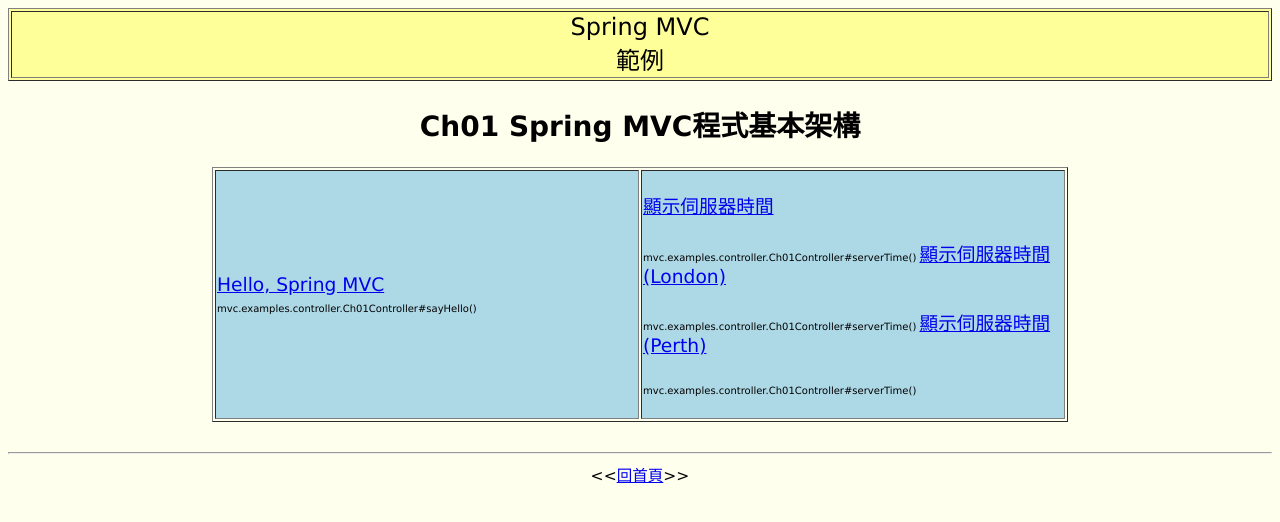
Repository: z1997828/Hibernata-SpringLearning
Page: http://localhost/SpringMvcExample22/WEB-INF/views/ch01/index.jsp
An editor plug-in stored every save of this project. The page is shown before and after the next save, followed by the edit.
The browser window is 1280 px wide. The pictures show the whole page.
The page is served by Tomcat 9. Nobody is signed in. The template is opened directly, without the code that normally fills it, so the values that code supplies are empty.

Above is the page before, as saved 2023-12-29 07:13:18.

After the next save:
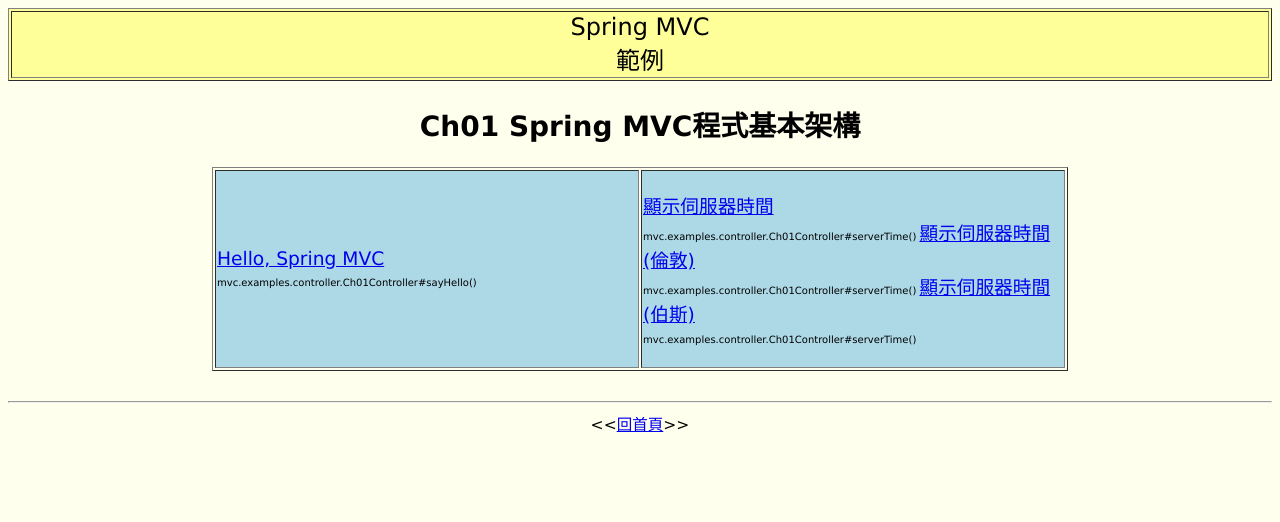
Saved 3 min 11 s later.
--- a/SpringMvcExample22/src/main/webapp/WEB-INF/views/ch01/index.jsp
+++ b/SpringMvcExample22/src/main/webapp/WEB-INF/views/ch01/index.jsp
@@ -18,13 +18,13 @@
 						Spring MVC</a><BR> <font face="verdana" size="-2">
 						mvc.examples.controller.Ch01Controller#sayHello() </font></td>
 				<td width="420"><p align="left" /> <a href="serverTime">顯示伺服器時間</a><br>
-					<br> <font face="verdana" size="-2">
+					 <font face="verdana" size="-2">
 						mvc.examples.controller.Ch01Controller#serverTime() </font> <a
-					href="serverTime?timeZone=Europe/London">顯示伺服器時間(London)</a><BR>
-					<br> <font face="verdana" size="-2">
+					href="serverTime?timeZone=Europe/London">顯示伺服器時間(倫敦)</a><BR>
+					 <font face="verdana" size="-2">
 						mvc.examples.controller.Ch01Controller#serverTime() </font> <a
-					href="serverTime?timeZone=Australia/Perth">顯示伺服器時間(Perth)</a><BR>
-					<br> <font face="verdana" size="-2">
+					href="serverTime?timeZone=Australia/Perth">顯示伺服器時間(伯斯)</a><BR>
+					 <font face="verdana" size="-2">
 						mvc.examples.controller.Ch01Controller#serverTime() </font></td>
 			</tr>
 		</table>
